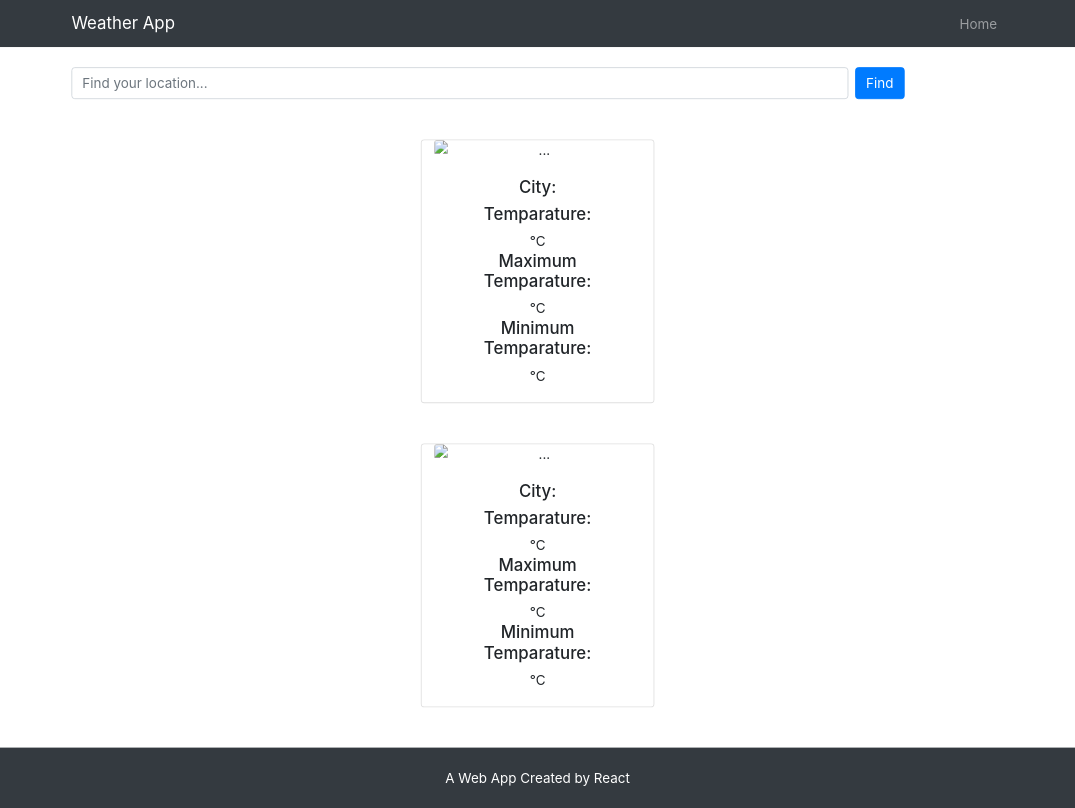
Repository: smk87/weather-app-react
Page: /
The author's editor kept a copy of each file at every save. The page is drawn from the files as they stood at one save, then again after the next save.
The browser window is 1280 px wide. The pictures show the whole page, at 84% of full size.
The page's requests for data from a server got no answer. Some web libraries are served in a nearby version. The project was rebuilt for these pictures with package versions that can differ from the ones it lists, and the page was loaded fresh each time. A package was used in the major version that the imports need, not the one package.json lists. No one was signed in, and anything a server would have sent is missing.

Above is the page before, as saved 2019-02-06 18:25:33.

After the next save:
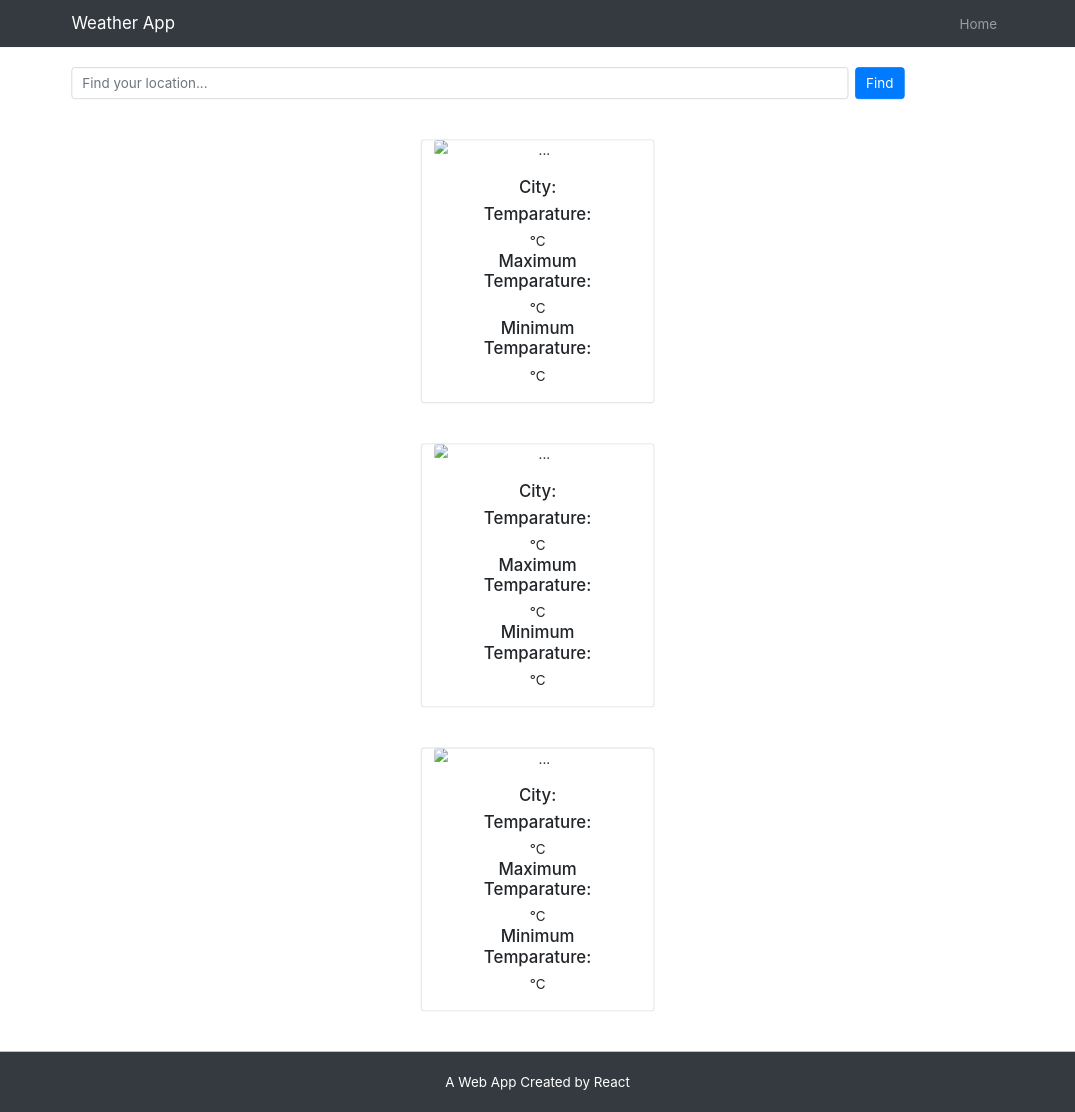
Saved 69 s later.
--- a/src/components/Home.js
+++ b/src/components/Home.js
@@ -39,11 +39,9 @@ export default class Home extends Component {
               value="Find"
             />
           </form>
-
-          <p>
-            <Weather id="2344116" />
-            <Weather id="638242" />
-          </p>
+          <Weather id="2344116" />
+          <Weather id="638242" />
+          <Weather id="44418" />
         </div>
       </div>
     );
